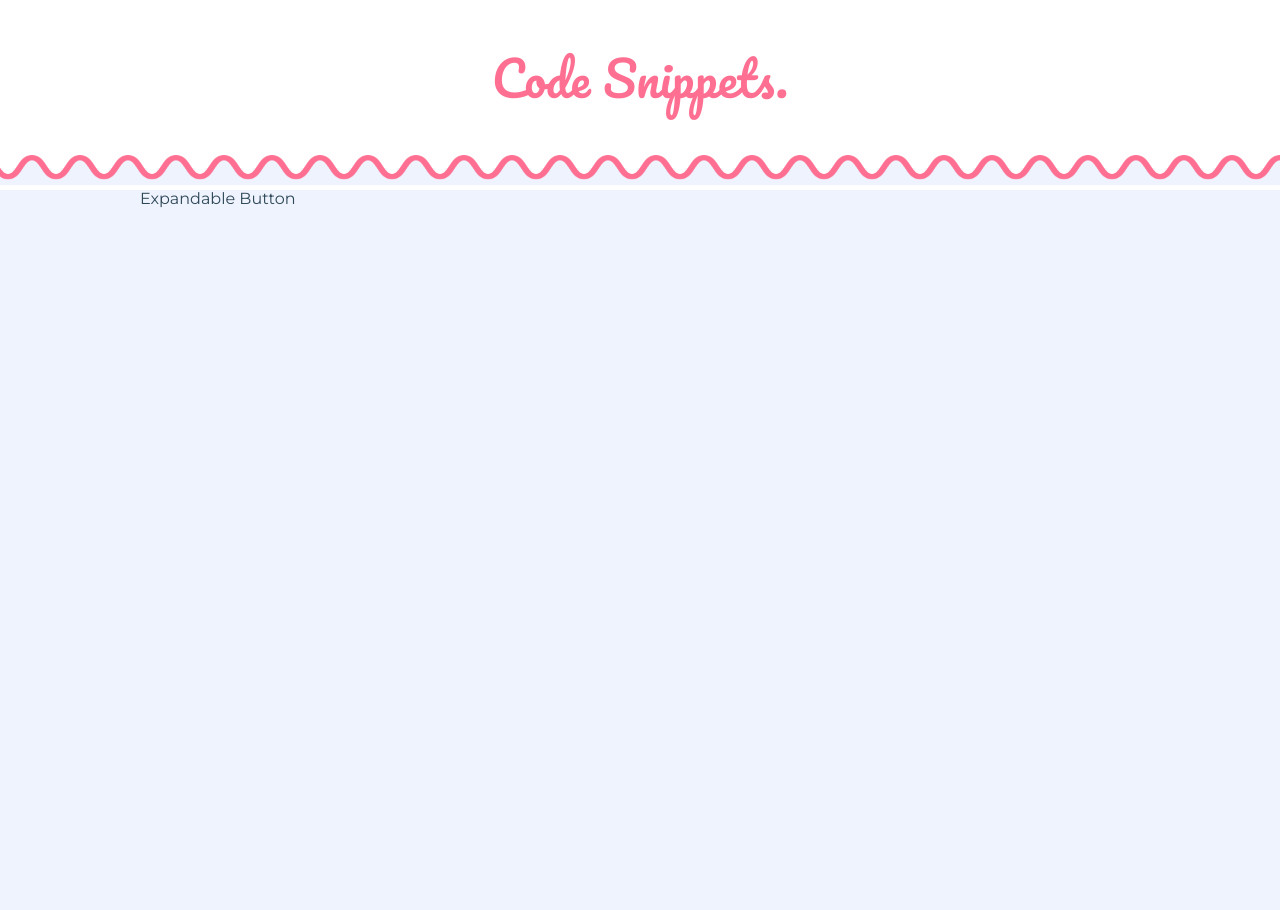
Repository: vikatgen/code-snippets
Page: index.html
The author's editor kept a copy of each file at every save. The page is drawn from the files as they stood at one save, then again after the next save.
The browser window is 1280 px wide. The pictures show the whole page.
The style sheet was rebuilt from its Sass, Less or Tailwind sources for each picture, by a compiler version that may differ from the author's.

Above is the page before, as saved 2020-03-30 23:41:52.

After the next save:
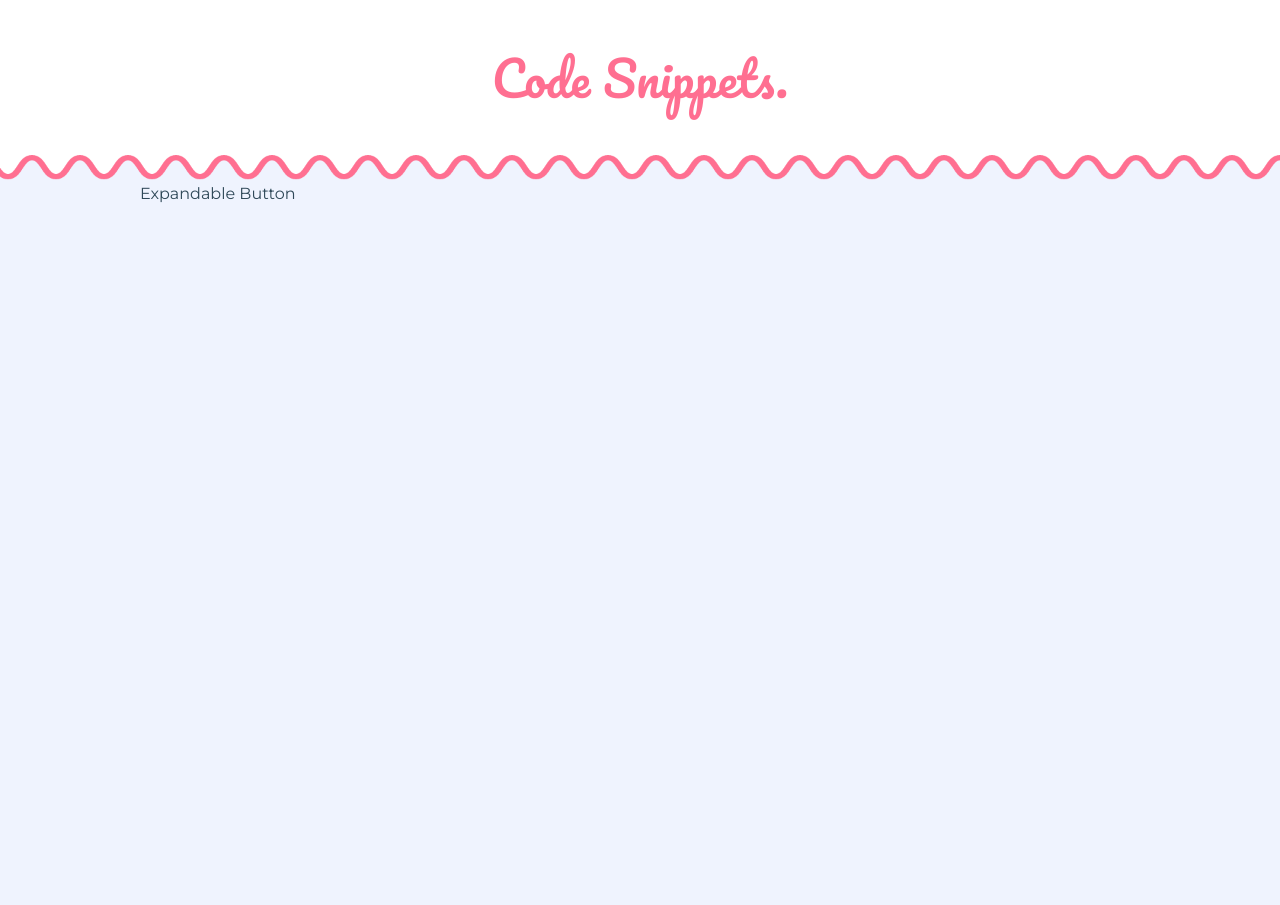
Saved 22 s later.
--- a/css/mainpage-styles.scss
+++ b/css/mainpage-styles.scss
@@ -33,6 +33,7 @@ a {
   width: 100vw;
   height: auto;
   overflow: hidden;
+  margin-bottom: -5px;
   img {
     width: 100%;
   }
